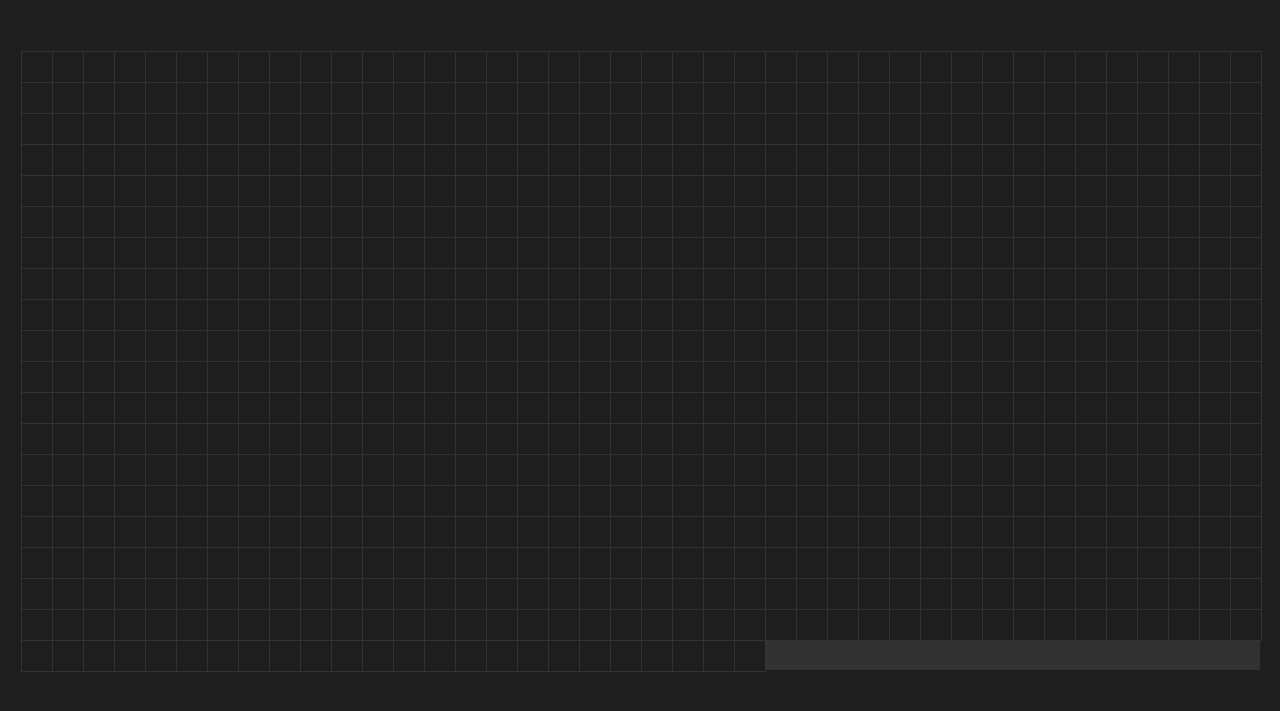
Repository: arturr0/tf_wright
Page: alpha.html
These files come from the project's save history. The page is drawn as it stood at one moment and after the next save; the edit follows.
The browser window is 1280 px wide. The pictures show the whole page.

Above is the page before, as saved 2025-04-23 18:37:22.
Console error: TypeError: Cannot read properties of null (reading 'addEventListener')

### alpha.html
<!DOCTYPE html>
<html lang="en">
<head>
  <meta charset="UTF-8" />
  <meta name="viewport" content="width=device-width, initial-scale=1.0"/>
  <title>Grid Draw</title>
  <!-- <link rel="stylesheet" href="style.css"> -->
  <style>
    body {
  margin: 0;
  background-color: #1e1e1e;
  display: flex;
  justify-content: center;
  align-items: center;
  height: 100vh;
}

#grid {
  display: grid;
  grid-template-columns: repeat(40, 30px);
  grid-template-rows: repeat(20, 30px);
  gap: 1px;
  background-color: #323232;
}

.cell {
  width: 30px;
  height: 30px;
  background-color: #1e1e1e;
  border: 1px solid #323232;
}

.cell.highlighted {
  background-color: #00c864;
}

  </style>
</head>
<body>
  <div id="grid"></div>
  <script src="script.js"></script>
</body>
</html>

### script.js
const ROWS = 28;
const COLS = 28;
const grid = document.getElementById('grid');
const predictionText = document.getElementById('prediction');
const clearButton = document.getElementById('clear');
let isDrawing = false;
let model;

// Initialize grid
const cells = [];
for (let r = 0; r < ROWS; r++) {
  cells[r] = [];
  for (let c = 0; c < COLS; c++) {
    const cell = document.createElement('div');
    cell.classList.add('cell');
    grid.appendChild(cell);
    cells[r][c] = cell;

    cell.addEventListener('mousedown', () => {
      isDrawing = true;
      cell.classList.add('active');
    });

    cell.addEventListener('mouseenter', () => {
      if (isDrawing) {
        cell.classList.add('active');
      }
    });
  }
}

document.body.addEventListener('mouseup', () => {
  isDrawing = false;
  predict();
});

clearButton.addEventListener('click', () => {
  for (let row of cells) {
    for (let cell of row) {
      cell.classList.remove('active');
    }
  }
  predictionText.textContent = 'None';
});

// Load the pre-trained model
async function loadModel() {
  model = await tf.loadLayersModel('model/model.json');
  console.log('Model loaded');
}

loadModel();

// Convert grid to tensor and make prediction
function predict() {
  if (!model) return;

  // Create a 28x28 grayscale image
  const input = [];
  for (let r = 0; r < ROWS; r++) {
    for (let c = 0; c < COLS; c++) {
      input.push(cells[r][c].classList.contains('active') ? 1 : 0);
    }
  }

  // Create tensor
  const tensor = tf.tensor(input, [1, 28, 28, 1]);
  const prediction = model.predict(tensor);
  const predictedValue = prediction.argMax(1).dataSync()[0];
  predictionText.textContent = predictedValue;
}

After the next save:
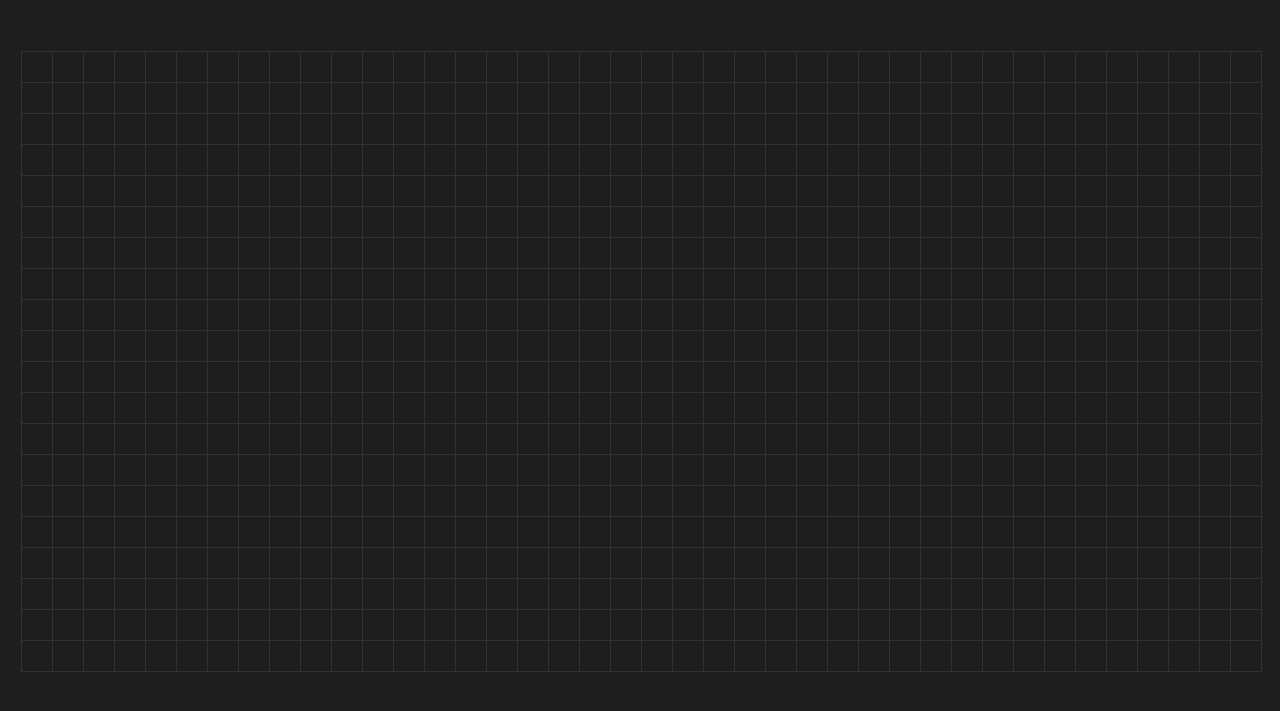
The error is gone.
Saved 38 s later.
--- a/alpha.html
+++ b/alpha.html
@@ -38,6 +38,59 @@
 </head>
 <body>
   <div id="grid"></div>
-  <script src="script.js"></script>
+  <!-- <script src="script.js"></script> -->
+  <script>
+    const ROWS = 20;
+const COLS = 40;
+const grid = document.getElementById('grid');
+let mouseDown = false;
+
+// Create grid
+const cells = [];
+for (let r = 0; r < ROWS; r++) {
+  cells[r] = [];
+  for (let c = 0; c < COLS; c++) {
+    const cell = document.createElement('div');
+    cell.classList.add('cell');
+    cell.dataset.row = r;
+    cell.dataset.col = c;
+    grid.appendChild(cell);
+    cells[r][c] = cell;
+
+    cell.addEventListener('mouseenter', () => {
+      if (mouseDown) cell.classList.add('highlighted');
+    });
+
+    cell.addEventListener('mousedown', () => {
+      cell.classList.add('highlighted');
+    });
+  }
+}
+
+document.body.addEventListener('mousedown', () => mouseDown = true);
+document.body.addEventListener('mouseup', () => mouseDown = false);
+
+// Log highlighted cells on Enter
+document.addEventListener('keydown', (e) => {
+  if (e.key === 'Enter') {
+    const highlighted = [];
+    for (let r = 0; r < ROWS; r++) {
+      for (let c = 0; c < COLS; c++) {
+        if (cells[r][c].classList.contains('highlighted')) {
+          highlighted.push({ row: r, col: c });
+        }
+      }
+    }
+
+    console.clear();
+    console.log("Highlighted cells:");
+    highlighted.forEach(({ row, col }) => {
+      console.log(`Row ${row}, Col ${col}`);
+    });
+    console.log('-'.repeat(30));
+  }
+});
+
+  </script>
 </body>
 </html>
